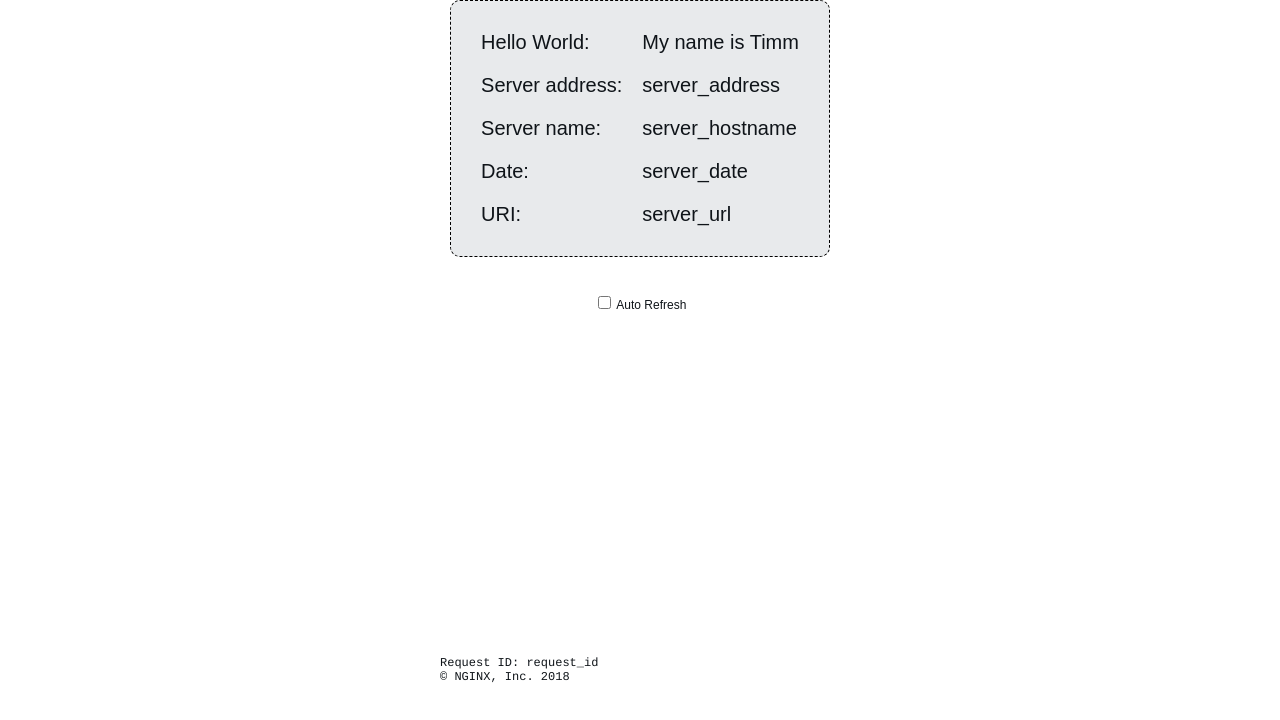
Repository: sameerkmarathe/CapstoneCloudDevOps
Page: index.html
The author's editor kept a record of every edit. The page is drawn from the files as they stood at one moment, then again after the next edit.
The browser window is 1280 px wide. The pictures show the whole page.

Above is the page before.

After the next edit:
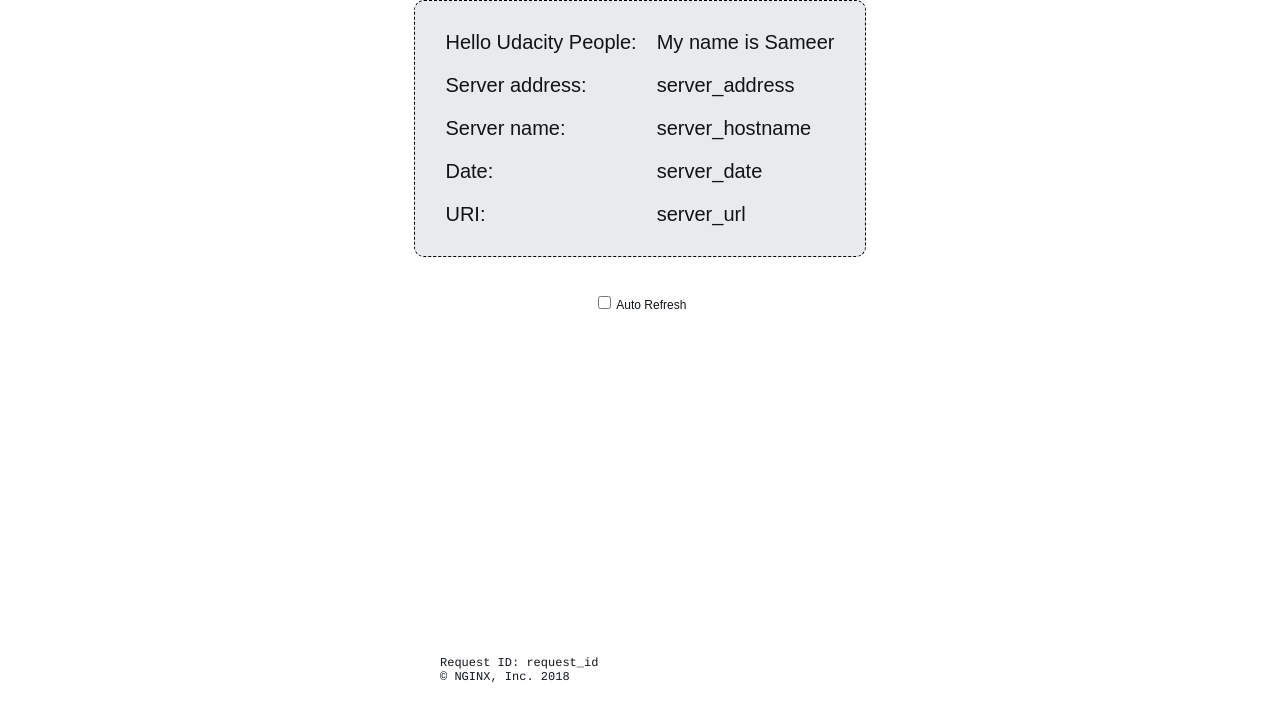
The edit:
--- a/index.html
+++ b/index.html
@@ -79,7 +79,7 @@
 <body onload="checkRefresh();">
 <!--<img alt="NGINX Logo" src="data:[embedded picture, 2826 characters]"/>-->
 <div class="info">
-<p><span>Hello&nbsp;World:</span> <span>My name is Timm</span></p>
+<p><span>Hello&nbsp;Udacity People:</span> <span>My name is Sameer</span></p>
 <p><span>Server&nbsp;address:</span> <span>server_address</span></p>
 <p><span>Server&nbsp;name:</span> <span>server_hostname</span></p>
 <p class="smaller"><span>Date:</span> <span>server_date</span></p>
